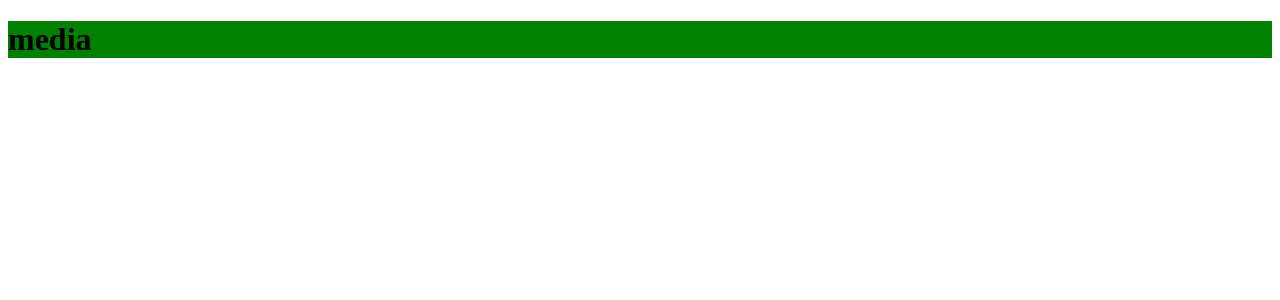
Repository: haruki1008/samurai_HTML-CSS
Page: sub3.html
The author's editor kept a record of every edit. The page is drawn from the files as they stood at one moment, then again after the next edit.
The browser window is 1280 px wide. The pictures show the whole page.

Above is the page before.

After the next edit:
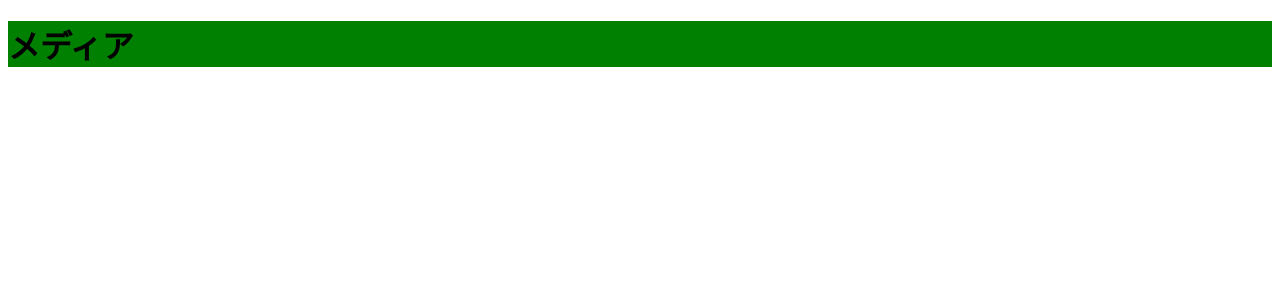
The edit:
--- a/sub3.html
+++ b/sub3.html
@@ -22,7 +22,7 @@
     </head>
     <body>
         <div class="media">
-            <h1>media</h1>
+            <h1>メディア</h1>
         </div>
     </body>
 </html>
